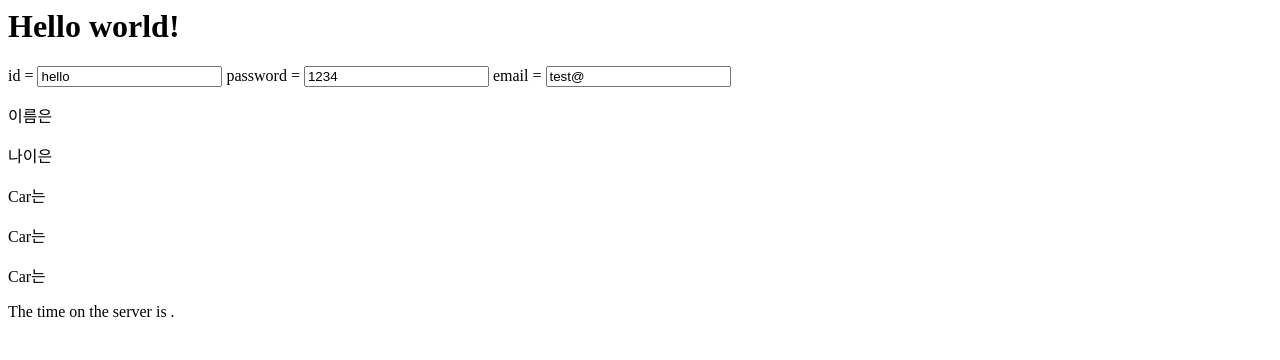
Repository: leessol/spring1
Page: http://localhost/springMVCProject/WEB-INF/views/home.jsp
An editor plug-in stored every save of this project. The page is shown before and after the next save, followed by the edit.
The browser window is 1280 px wide. The pictures show the whole page.
The page is served by Tomcat 9. Nobody is signed in. The template is opened directly, without the code that normally fills it, so the values that code supplies are empty.

Above is the page before, as saved 2023-05-04 02:36:48.

After the next save:
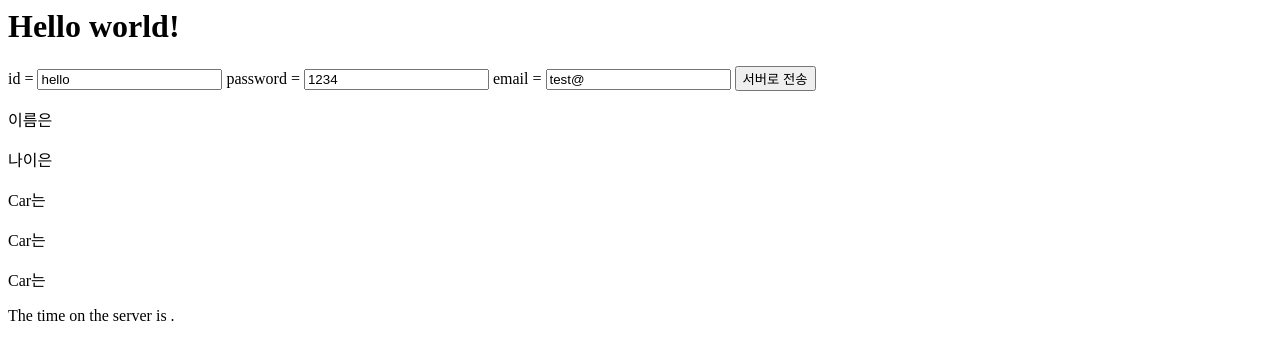
Saved 32 s later.
--- a/springMVCProject/src/main/webapp/WEB-INF/views/home.jsp
+++ b/springMVCProject/src/main/webapp/WEB-INF/views/home.jsp
@@ -15,7 +15,7 @@
 	id = <input type="text" name="userid" value="hello">
 	password = <input type="text" name="userpass" value="1234">
 	email = <input type="text" name="email" value="test@">
-
+	<input type="submit" value="서버로 전송">
 </form>
 
 <p>이름은 ${myname }</p>
